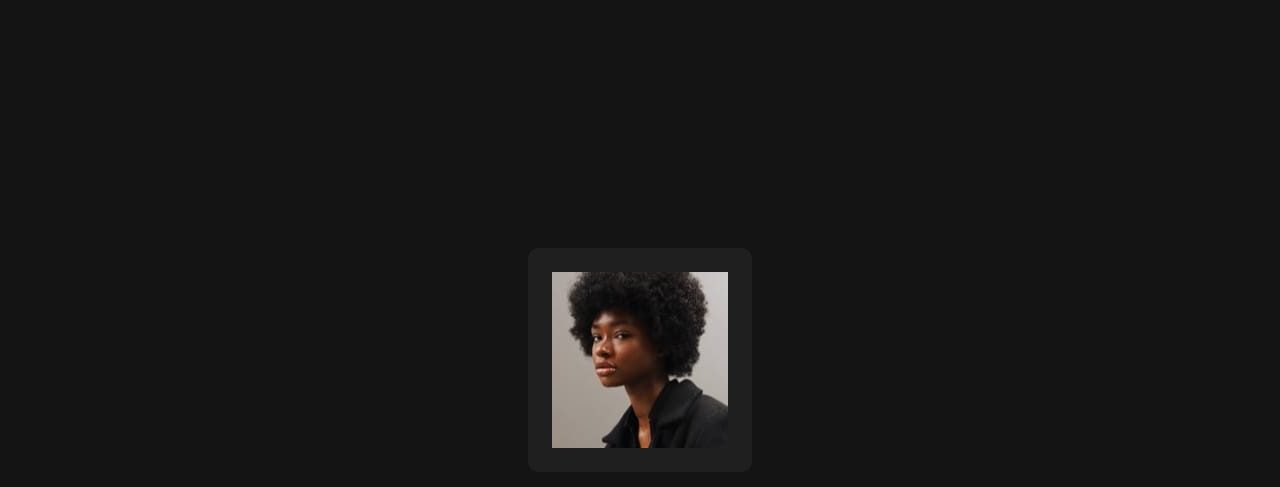
Repository: Pawan-pediredla/frontend-mentors
Page: job-cards/index.html
These files come from the project's save history. The page is drawn as it stood at one moment and after a run of saves; the edit follows.
The browser window is 1280 px wide. The pictures show the whole page.

Above is the page before, as saved 2024-06-09 21:02:32.

After the next 5 saves:
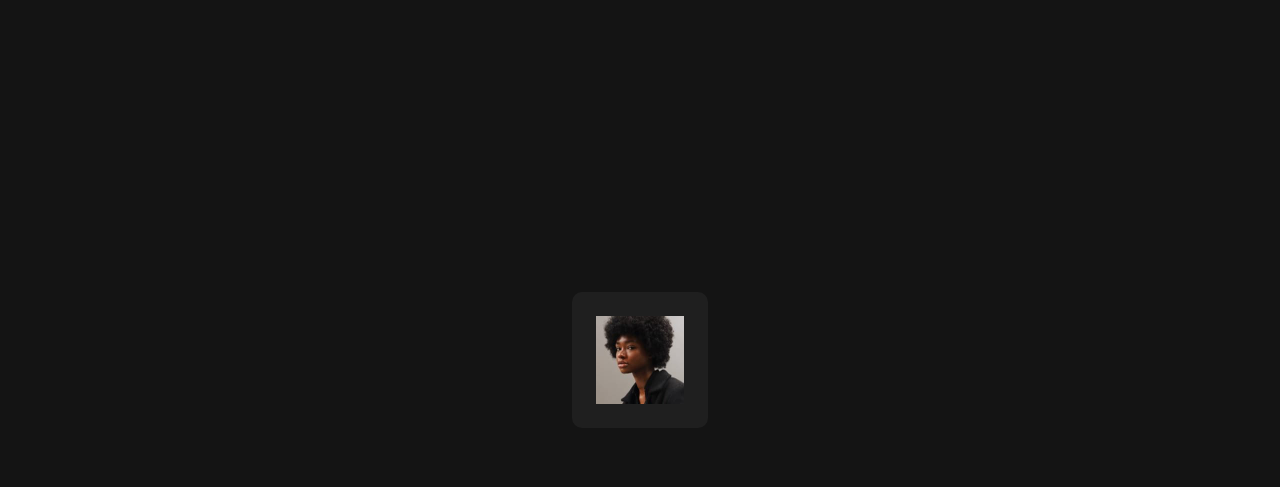
The 5 saves are shown as one change because they came seconds apart.
The last was saved 18 s later.
--- a/job-cards/css/socials.css
+++ b/job-cards/css/socials.css
@@ -54,7 +54,9 @@ a{
   }
 
   .card_avatar img {
-    width: ;
+    width: 88px;
+    height: 88px;
+    border-radius505
 
 
   }
